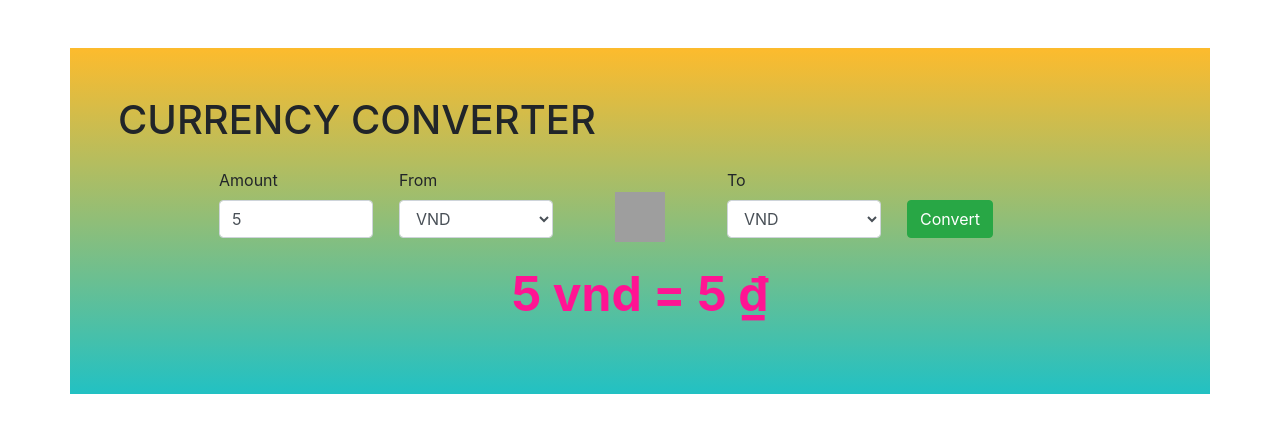
Repository: tts2610/MoneyConverter
Page: index.html
The author's editor kept a copy of each file at every save. The page is drawn from the files as they stood at one save, then again after the next save.
The browser window is 1280 px wide. The pictures show the whole page.
Empty fields were first filled with sample values (such as "Sample", 5 or name@example.com).
After loading, the first visible `button.btn` was clicked once.
Pictures or frames that could not be fetched are drawn as grey boxes.

Above is the page before, as saved 2020-05-11 21:15:35.

After the next save:
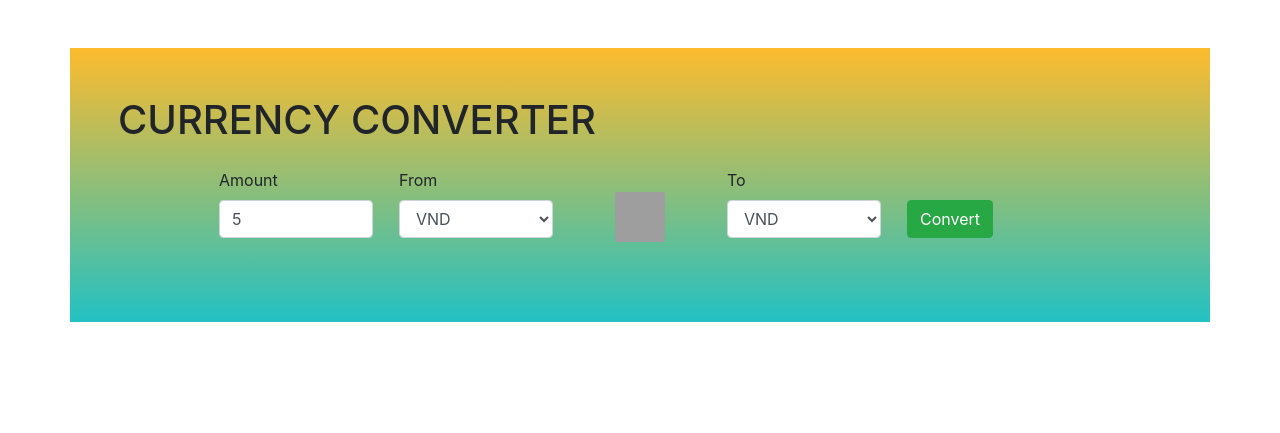
Console error: TypeError: amount.toFixed is not a function
Saved 69 s later.
--- a/js/script.js
+++ b/js/script.js
@@ -49,7 +49,7 @@
     amount = document.getElementById("amount").value ? document.getElementById("amount").value : 0;
     from = fromCurrency.value.toLowerCase();
     to = toCurrency.value.toLowerCase();
-    document.getElementById("result").innerText = amount + " " + from + " = " + convert(from, to);
+    document.getElementById("result").innerText = amount.toFixed(3) + " " + from + " = " + convert(from, to);
     document.getElementById("result").style.color = "deeppink";
     document.getElementById("result").style.fontWeight = 700;
 

After the 4 saves that followed:
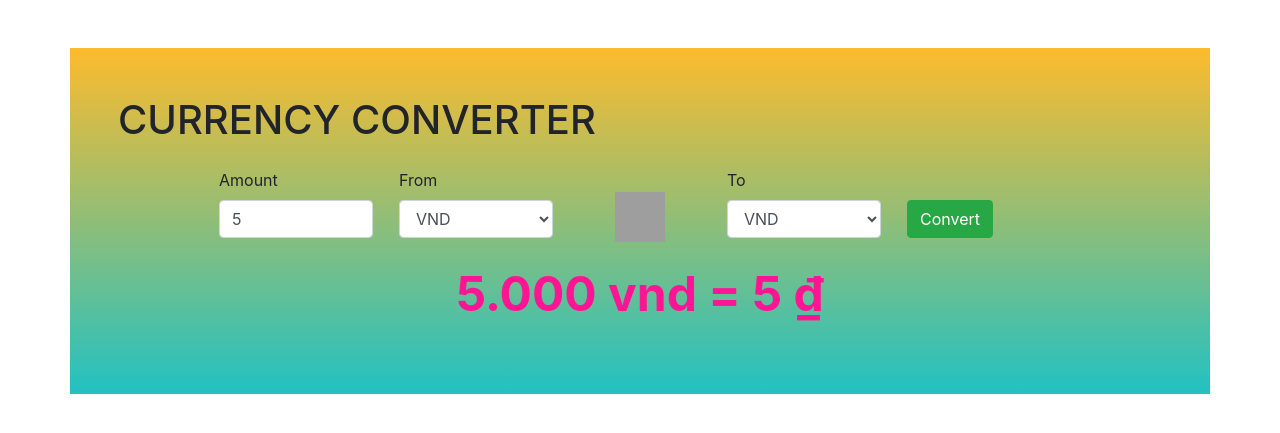
The error is gone.
The 4 saves are shown as one change because 3 left the picture as it was.
The last was saved 2 min 50 s later.
--- a/js/script.js
+++ b/js/script.js
@@ -49,7 +49,7 @@
     amount = document.getElementById("amount").value ? document.getElementById("amount").value : 0;
     from = fromCurrency.value.toLowerCase();
     to = toCurrency.value.toLowerCase();
-    document.getElementById("result").innerText = amount.toFixed(3) + " " + from + " = " + convert(from, to);
+    document.getElementById("result").innerText = parseInt(amount).toFixed(3) + " " + from + " = " + convert(from, to);
     document.getElementById("result").style.color = "deeppink";
     document.getElementById("result").style.fontWeight = 700;
 
